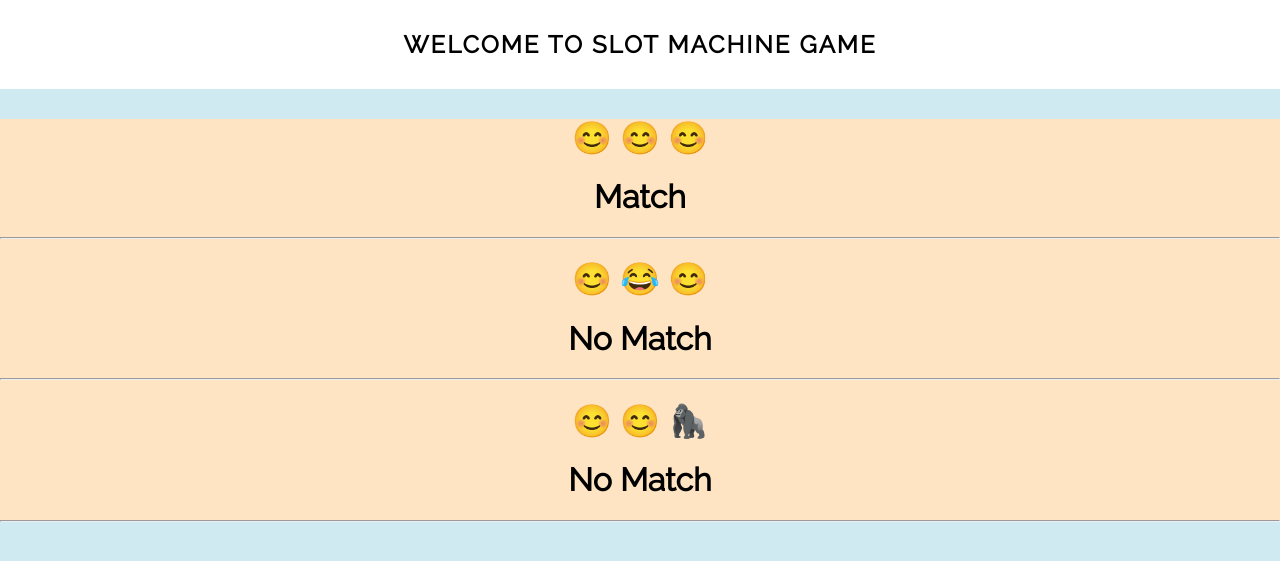
Repository: duggallakshya/slotMachineReact
Page: /
An editor plug-in stored every save of this project. The page is shown before and after the next save, followed by the edit.
The browser window is 1280 px wide. The pictures show the whole page.
The project was rebuilt for these pictures with package versions that can differ from the ones it lists, and the page was loaded fresh each time.

Above is the page before, as saved 2022-03-23 00:34:41.

### src/index.js
import React from 'react';
import ReactDOM from 'react-dom';
import './index.css';
import App from './App';

ReactDOM.render(
  <App />,
  document.getElementById('root')
)

### src/index.css
@import url('https://fonts.googleapis.com/css2?family=Raleway&display=swap');
body{
  background-color: rgb(207, 235, 241);
  margin: 0;
  padding: 0;

}

.heading-style{
  padding: 30px 0;
  margin-top: 0px;
  text-align: center;
  font-family:'Raleway', sans-serif;
  text-transform: uppercase;
  font-size: 13px;
  letter-spacing: 2px;
  font-weight: 500;
  background-color: #fff;
  font-size: 1.5rem;
  margin-bottom: 30px;
  font-weight: bold;
}

.slot-inner{
  text-align: center;
  font-family: 'Raleway', sans-serif ;
}
.main-div{
  display: flexbox;
  flex-direction: column;
  height: auto;
  justify-content: center;
  align-items: center;
  background-color: bisque;

}

### src/App.jsx
import React from 'react';
import SlotMachine from './SlotMachine';

const App = () => {
    return(
        <>
            <h1 className="heading-style"> Welcome to Slot machine game </h1>
            <div className="main-div">
                <SlotMachine x ='😊' y ='😊' z ='😊'/>
                <SlotMachine x ='😊' y ='😂' z ='😊'/>
                <SlotMachine x ='😊' y ='😊' z ='🦍'/>
            </div>
        </>
    )
}

export default App;

### src/SlotMachine.jsx
import React from 'react';

const SlotMachine = (props) => {
    if(props.x===props.y && props.y==props.z){
        return (
            <>
                <div className="slot-inner">

                    <h1> {props.x} {props.y} {props.z} </h1>
                    <h1> Match </h1>
                    <hr/>

                </div>
            </>
        )
    }
    else{
        return (
            <>
                <div className="slot-inner">

                    <h1> {props.x} {props.y} {props.z} </h1>
                    <h1> No Match </h1>
                    <hr/>

                </div>
            </>
        )
    }
}

export default SlotMachine;

Loaded but not shown: public/index.html (common file)

After the next save:
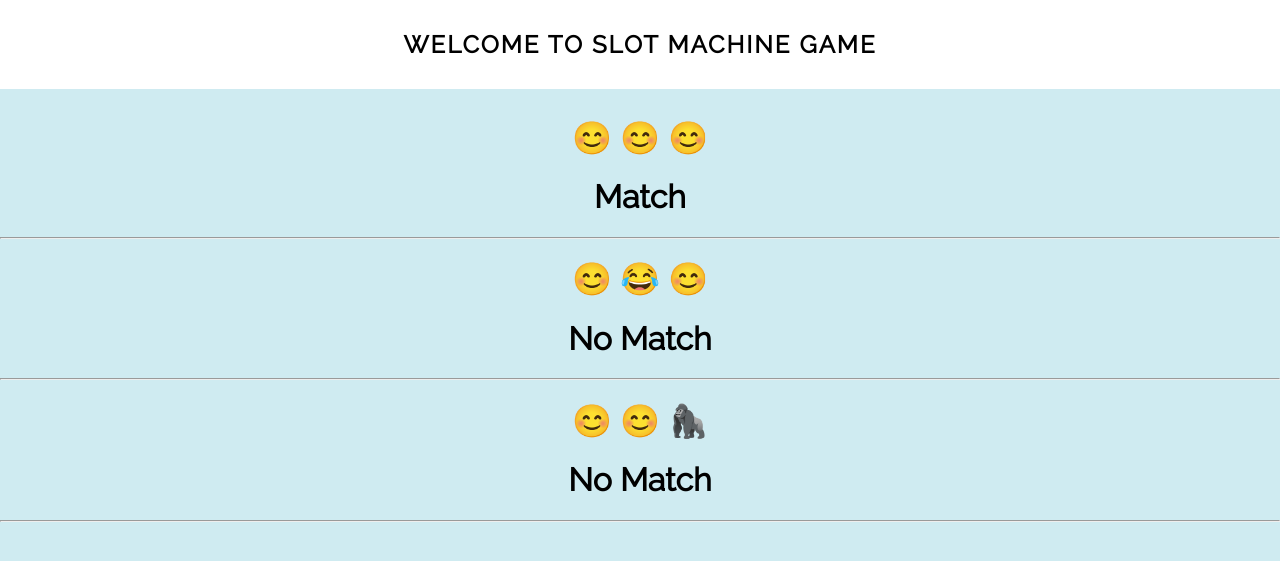
Saved 7 s later.
--- a/src/index.css
+++ b/src/index.css
@@ -31,6 +31,6 @@ body{
   height: auto;
   justify-content: center;
   align-items: center;
-  background-color: bisque;
+  /* background-color: bisque; */
 
 }
